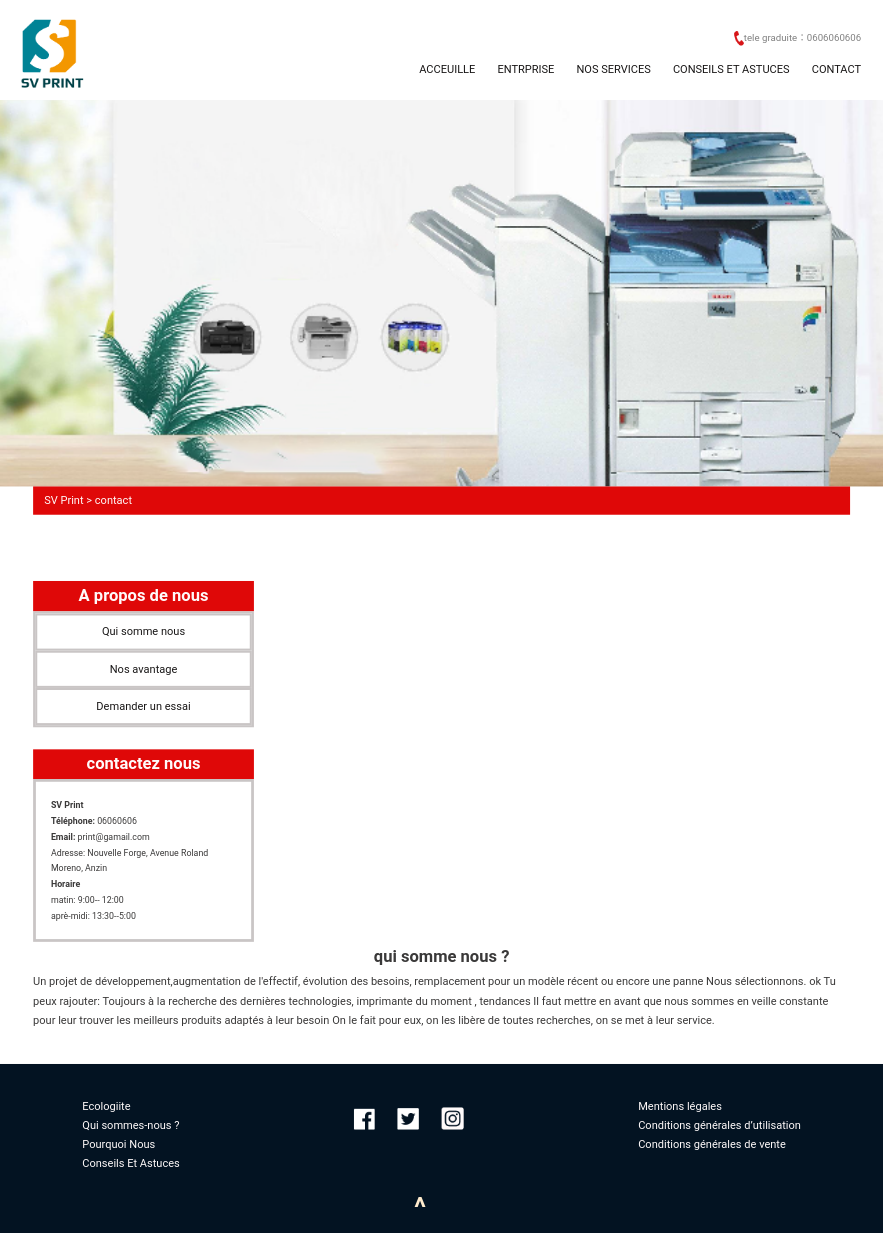
Repository: clairedupuich/sv_print
Page: index.html
These files come from the project's save history. The page is drawn as it stood at one moment and after a run of saves; the edit follows.
The browser window is 1280 px wide. The pictures show the whole page, at 69% of full size.

Above is the page before, as saved 2020-12-04 00:36:09.
Console error: TypeError: Cannot read properties of null (reading 'appendChild')

After the next 4 saves:
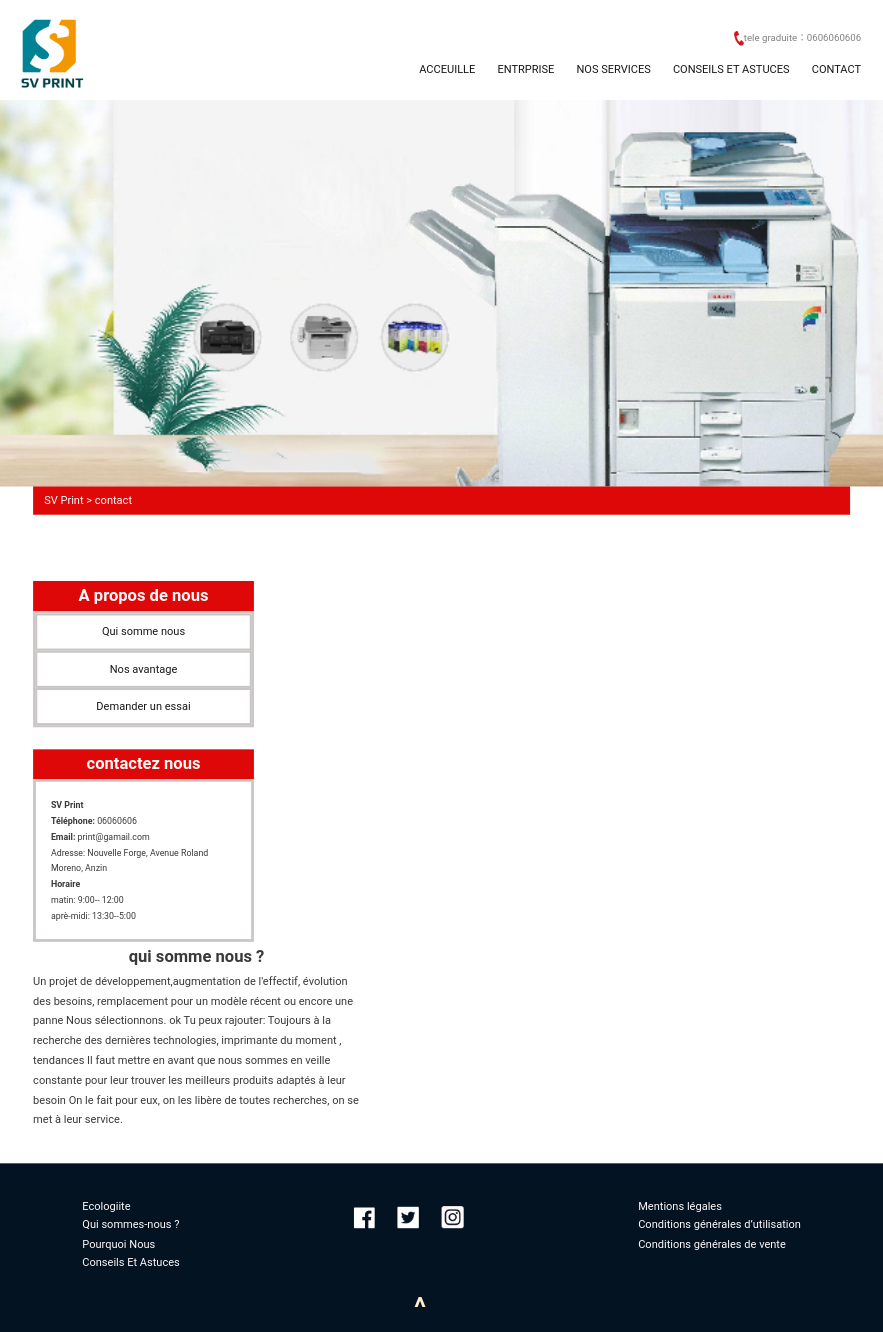
The 4 saves are shown as one change because they came seconds apart.
The last was saved 18 s later.
--- a/style.css
+++ b/style.css
@@ -260,5 +260,5 @@
 }
 
 .presant {
-    width: ;
-}
+    width: 40%;
+}
